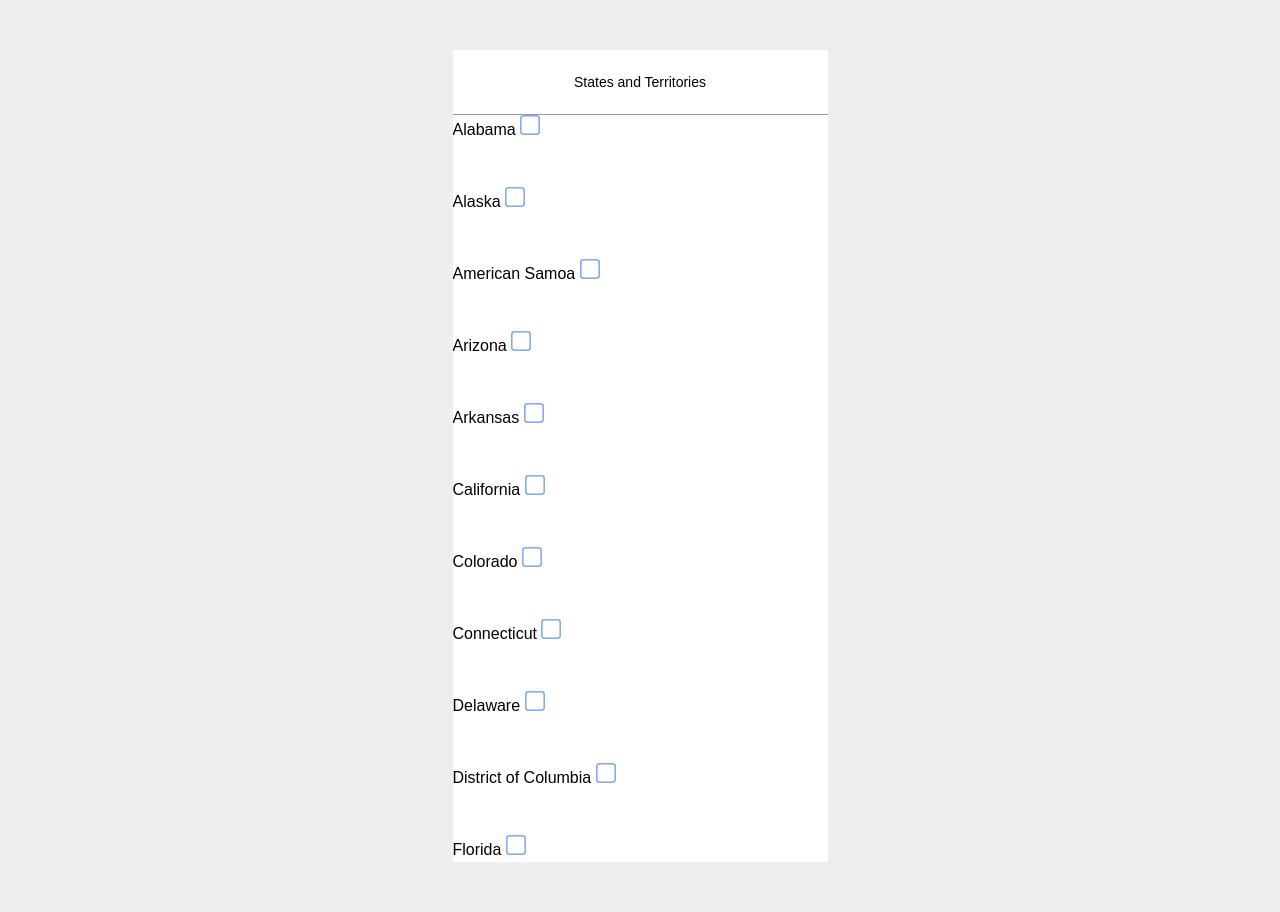
Repository: zitac234/codingTest
Page: /
The author's editor kept a copy of each file at every save. The page is drawn from the files as they stood at one save, then again after the next save.
The browser window is 1280 px wide. The pictures show the whole page.
The project was rebuilt for these pictures with package versions that can differ from the ones it lists, and the page was loaded fresh each time.

Above is the page before, as saved 2021-03-31 15:06:10.

### src/index.css
body {
  margin: 0;
  font-family: 'Arial', sans-serif;
  -webkit-font-smoothing: antialiased;
  -moz-osx-font-smoothing: grayscale;
  background-color: #eee;
}

### src/Header.js
import "./Header.css";

export function Header() {
  return (
    <header className="header">
      <span className="title">States and Territories</span>
    </header>
  );
}

### src/List.js
import { Fragment } from "react";
// import Card from '@material-ui/core/Card'
// import CardContent from '@material-ui/core/CardContent';
import { Checkbox } from "./Checkbox";
// import { makeStyles } from '@material-ui/core/styles';
import "./List.css";
// const useStyles = makeStyles({
//   root: {
//     minWidth: 275,
//   },
// })
export function List(props) {
  return (
    <div className="list">
      {props.items.map((item) => (
        <Fragment key={item}>
          <div className='state'>
          {item} <Checkbox/><br />
          {/* You also have <Checkbox selected={false} /> */}
          </div>
          </Fragment>
      ))}
    </div>
  );
}

### src/_data.js
export const data = [
  "Alabama",
  "Alaska",
  "American Samoa",
  "Arizona",
  "Arkansas",
  "California",
  "Colorado",
  "Connecticut",
  "Delaware",
  "District of Columbia",
  "Florida",
  "Georgia",
  "Guam",
  "Hawaii",
  "Idaho",
  "Illinois",
  "Indiana",
  "Iowa",
  "Kansas",
  "Kentucky",
  "Louisiana",
  "Maine",
  "Maryland",
  "Massachusetts",
  "Michigan",
  "Minnesota",
  "Mississippi",
  "Missouri",
  "Montana",
  "Nebraska",
  "Nevada",
  "New Hampshire",
  "New Jersey",
  "New Mexico",
  "New York",
  "North Carolina",
  "North Dakota",
  "Northern Mariana Islands",
  "Ohio",
  "Oklahoma",
  "Oregon",
  "Pennsylvania",
  "Puerto Rico",
  "Rhode Island",
  "South Carolina",
  "South Dakota",
  "Tennessee",
  "Texas",
  "Utah",
  "Vermont",
  "Virgin Islands",
  "Virginia",
  "Washington",
  "West Virginia",
  "Wisconsin",
  "Wyoming"
]

### src/Header.css
.header {
  width: 100%;
  font-size: 14px;
  display: flex;
  border-bottom: 1px solid #979797;
}

.title {
  line-height: 24px;
  margin: 20px auto;
}

### src/Checkbox.js
import selected from "./Checkbox-Filled.svg";
import unselected from "./Checkbox-Empty.svg";

export function Checkbox(props) {
  return (
    <img
      width={20}
      height={20}
      src={props.selected ? selected : unselected}
      alt={`Checkbox ${selected ? "selected" : "unselected"}`}
    />
  );
}

### src/List.css
.list {
  flex: 1;
  overflow: auto;
}
.state{
  height: 10vh;
}

Loaded but not shown: public/index.html (common file); src/index.js (common file); src/App.js (common file); src/App.css (common file)

After the next save:
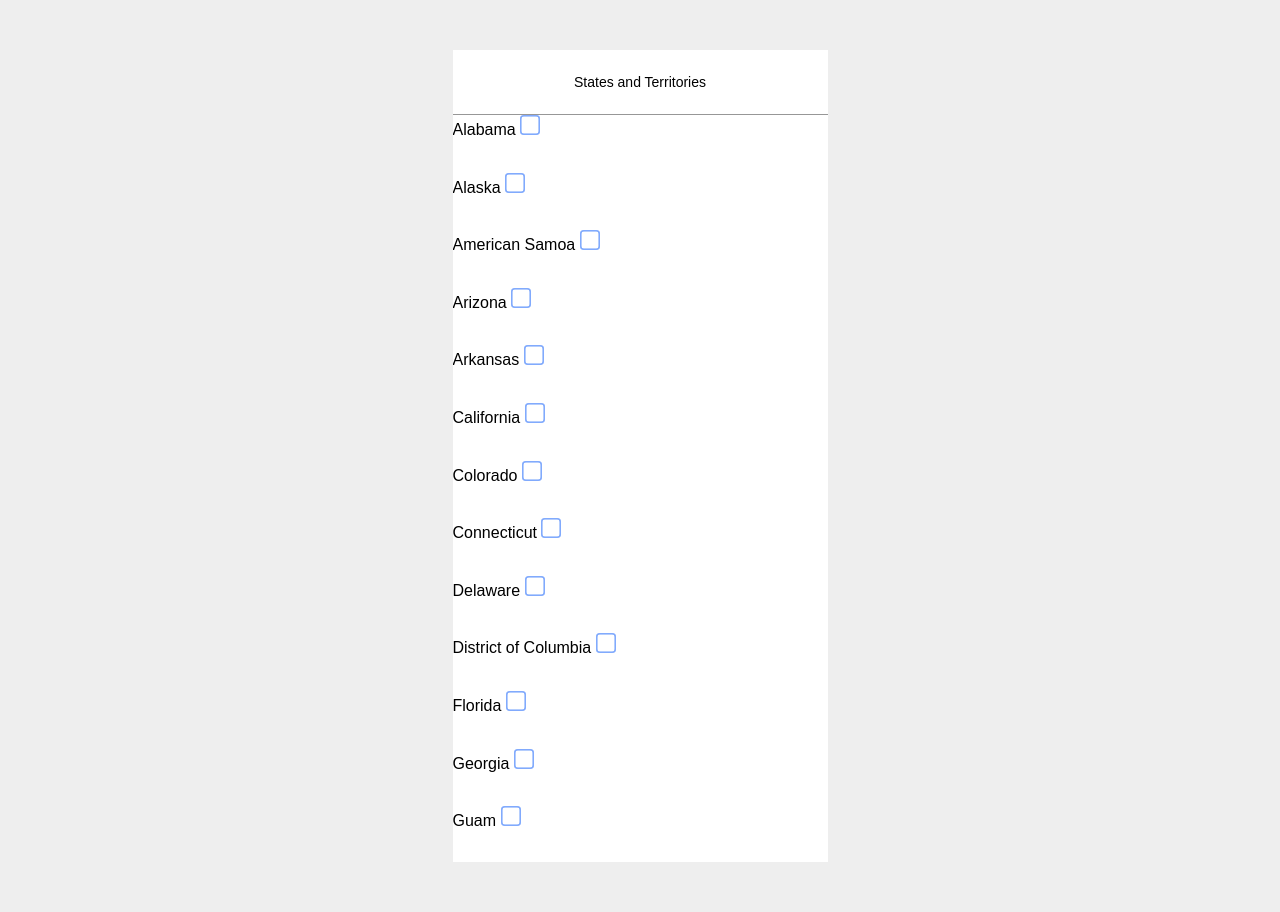
Saved 8 s later.
--- a/src/List.css
+++ b/src/List.css
@@ -3,5 +3,5 @@
   overflow: auto;
 }
 .state{
-  height: 10vh;
+  height: 8vh;
 }
